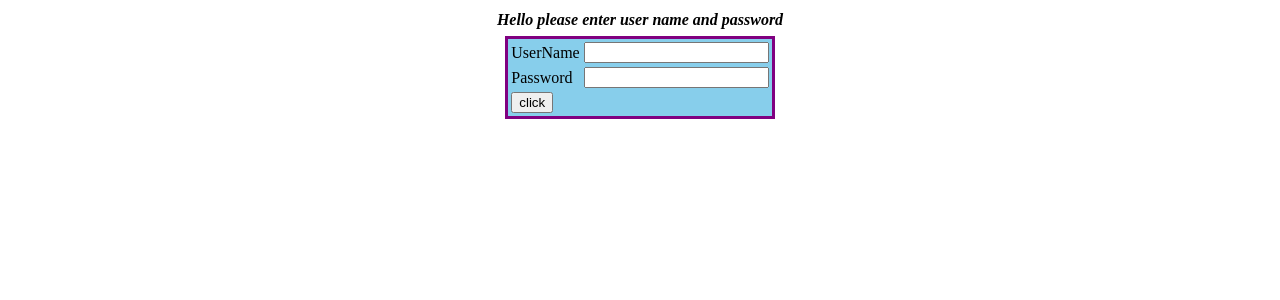
Repository: testGitHub1234cell/Test1
Page: http://localhost/nb/nb/AdminLogin.jsp
These files come from the project's save history. The page is drawn as it stood at one moment and after the next save; the edit follows.
The browser window is 1280 px wide. The pictures show the whole page.
The page is served by Tomcat 9. Other server files are loaded and not shown.

Above is the page before, as saved 2016-12-17 08:31:23.

### nb/nb/AdminLogin.jsp
<%@ page language="java" contentType="text/html; charset=ISO-8859-1"
    pageEncoding="ISO-8859-1"%>
<!DOCTYPE html PUBLIC "-//W3C//DTD HTML 4.01 Transitional//EN" "http://www.w3.org/TR/html4/loose.dtd">
<html>
<head>
<meta http-equiv="Content-Type" content="text/html; charset=ISO-8859-1">
<title>Admin Login</title>
</head>
<body image  src ="C:\Users\Public\Pictures\Sample Pictures" >
<%
int status=1;
Object msg= request.getAttribute("ERRORMSG");
if ( msg != null )
{
	status=0;
	out.print(msg);

}
if(status==1 || status==0)
{
%>
<table align="center">
<tr><td><b><i>Hello please enter user name and password</i></b><tr><td>
</table>

<form action="Controller">
<input type=hidden name=type value=3>
<table align="center" bgcolor="skyblue" bordercolor="purple">
<tr>
<td>UserName</td>
<td><input type=text name=uname></td>
</tr>
<tr>
<td>Password</td>
<td><input type=text name=password></td>
</tr>
<tr>
<td><input type="submit" value="click"></td>
</tr>
</table>
</form>
</body>
<%
}
%>
</html>

After the next save:
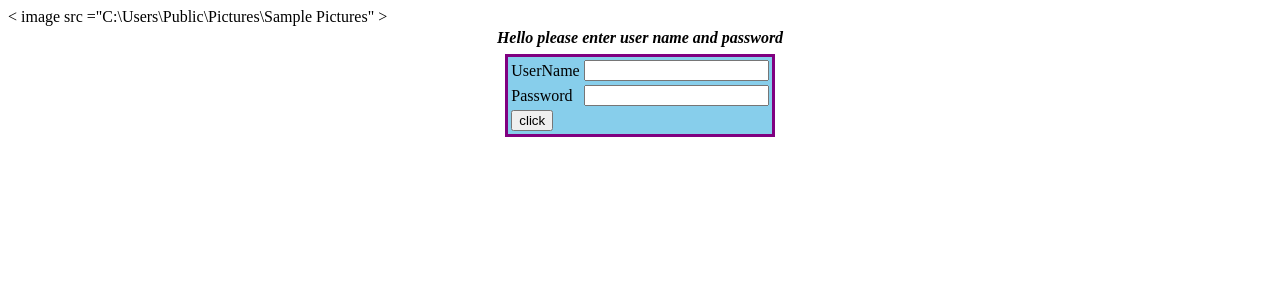
Saved 43 s later.
--- a/nb/nb/AdminLogin.jsp
+++ b/nb/nb/AdminLogin.jsp
@@ -6,7 +6,7 @@
 <meta http-equiv="Content-Type" content="text/html; charset=ISO-8859-1">
 <title>Admin Login</title>
 </head>
-<body image  src ="C:\Users\Public\Pictures\Sample Pictures" >
+<body>< image  src ="C:\Users\Public\Pictures\Sample Pictures" >
 <%
 int status=1;
 Object msg= request.getAttribute("ERRORMSG");
